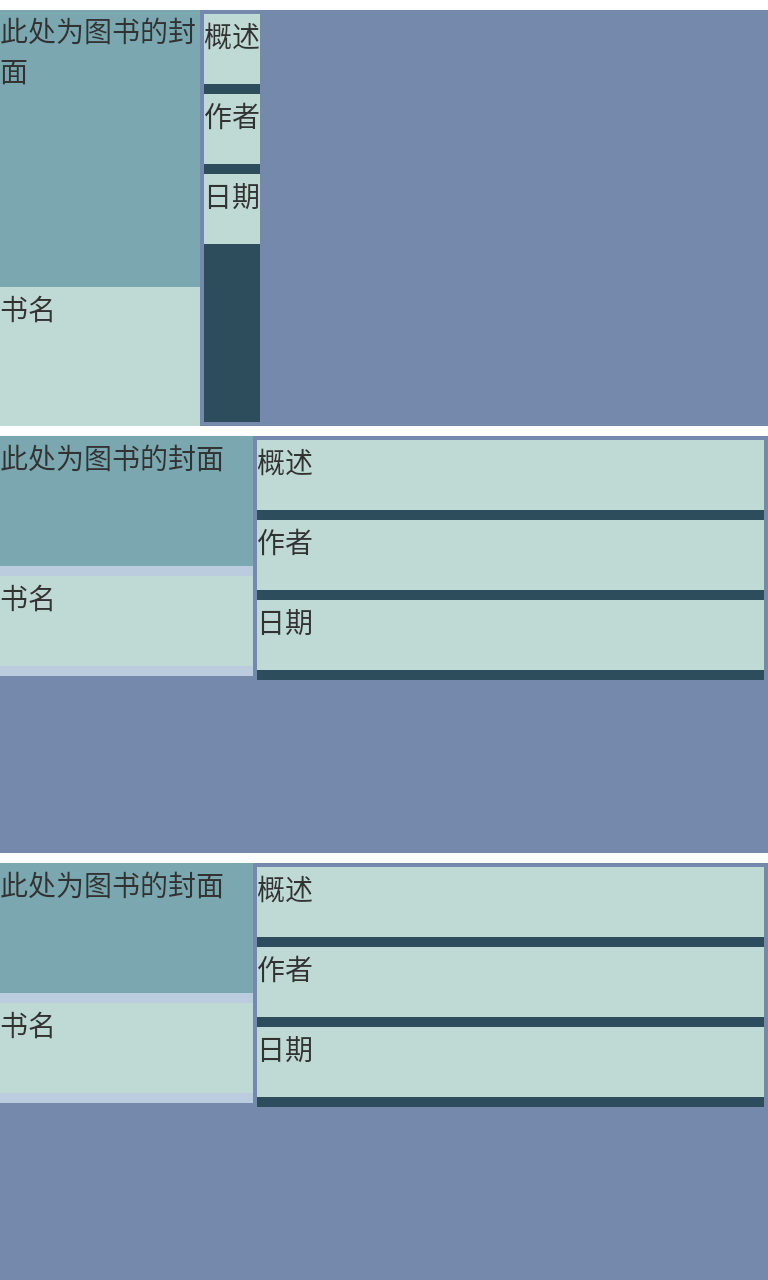
Repository: ling-cen/demo
Layout: Books_view/res/layout/activity_layout.xml
The author's editor kept a copy of each file at every save. The layout is drawn from the files as they stood at one save, then again after the next save.
It is drawn on a 768 x 1280 px phone screen (xhdpi) without system bars, with theme AppTheme; the app's code is not run.

Above is the layout before, as saved 2018-12-12 16:32:14.

### Books_view/res/layout/activity_layout.xml
<?xml version="1.0" encoding="utf-8"?>
<LinearLayout xmlns:android="http://schemas.android.com/apk/res/android"
    android:layout_width="match_parent"
    android:layout_height="match_parent"
    android:orientation="vertical" >

    <!-- 高度  height -->

    <LinearLayout
        android:layout_width="match_parent"
        android:layout_height="0dp"
        android:layout_marginTop="5dp"
        android:layout_weight="1"
        android:background="#7489ab"
        android:baselineAligned="false"
        android:orientation="horizontal" >

        <LinearLayout
            android:layout_width="wrap_content"
            android:layout_height="match_parent"
            android:background="#baccde"
            android:orientation="vertical" >

            <TextView
                android:layout_width="100dp"
                android:layout_height="0dp"
                android:layout_weight="2"
                android:background="#7ba8b0"
                android:text="@string/book_image" />

            <TextView
                android:layout_width="100dp"
                android:layout_height="0dp"
                android:layout_weight="1"
                android:background="#bfd9d4"
                android:text="@string/book_name" />
        </LinearLayout>

        <LinearLayout
            android:layout_width="wrap_content"
            android:layout_height="match_parent"
            android:layout_margin="2dp"
            android:background="#2e4d5c"
            android:orientation="vertical" >

            <TextView
                android:layout_width="match_parent"
                android:layout_height="35dp"
                android:layout_marginBottom="5dp"
                android:background="#bfd9d4"
                android:text="@string/book_desc" />

            <TextView
                android:layout_width="match_parent"
                android:layout_height="35dp"
                android:layout_marginBottom="5dp"
                android:background="#bfd9d4"
                android:text="@string/book_author" />

            <TextView
                android:layout_width="match_parent"
                android:layout_height="35dp"
                android:layout_marginBottom="5dp"
                android:background="#bfd9d4"
                android:text="@string/book_date" />
        </LinearLayout>
    </LinearLayout>

    <LinearLayout
        android:layout_width="match_parent"
        android:layout_height="0dp"
        android:layout_marginTop="5dp"
        android:layout_weight="1"
        android:background="#7489ab"
        android:baselineAligned="false"
        android:orientation="horizontal" >

        <LinearLayout
            android:layout_width="0dp"
            android:layout_height="120dp"
            android:layout_weight="1"
            android:background="#baccde"
            android:orientation="vertical" >

            <TextView
                android:layout_width="match_parent"
                android:layout_height="65dp"
                android:layout_marginBottom="5dp"
                android:background="#7ba8b0"
                android:text="@string/book_image" />

            <TextView
                android:layout_width="match_parent"
                android:layout_height="45dp"
                android:layout_marginBottom="3dp"
                android:background="#bfd9d4"
                android:text="@string/book_name" />
        </LinearLayout>

        <LinearLayout
            android:layout_width="0dp"
            android:layout_height="120dp"
            android:layout_margin="2dp"
            android:layout_weight="2"
            android:background="#2e4d5c"
            android:orientation="vertical" >

            <TextView
                android:layout_width="match_parent"
                android:layout_height="35dp"
                android:layout_marginBottom="5dp"
                android:background="#bfd9d4"
                android:text="@string/book_desc" />

            <TextView
                android:layout_width="match_parent"
                android:layout_height="35dp"
                android:layout_marginBottom="5dp"
                android:background="#bfd9d4"
                android:text="@string/book_author" />

            <TextView
                android:layout_width="match_parent"
                android:layout_height="35dp"
                android:layout_marginBottom="5dp"
                android:background="#bfd9d4"
                android:text="@string/book_date" />
        </LinearLayout>
    </LinearLayout>

    <LinearLayout
        android:layout_width="match_parent"
        android:layout_height="0dp"
        android:layout_marginTop="5dp"
        android:layout_weight="1"
        android:background="#7489ab"
        android:baselineAligned="false"
        android:orientation="horizontal" >

        <LinearLayout
            android:layout_width="0dp"
            android:layout_height="120dp"
            android:layout_weight="1"
            android:background="#baccde"
            android:orientation="vertical" >

            <TextView
                android:layout_width="match_parent"
                android:layout_height="65dp"
                android:layout_marginBottom="5dp"
                android:background="#7ba8b0"
                android:text="@string/book_image" />

            <TextView
                android:layout_width="match_parent"
                android:layout_height="45dp"
                android:layout_marginBottom="3dp"
                android:background="#bfd9d4"
                android:text="@string/book_name" />
        </LinearLayout>

        <LinearLayout
            android:layout_width="0dp"
            android:layout_height="120dp"
            android:layout_margin="2dp"
            android:layout_weight="2"
            android:background="#2e4d5c"
            android:orientation="vertical" >

            <TextView
                android:layout_width="match_parent"
                android:layout_height="35dp"
                android:layout_marginBottom="5dp"
                android:background="#bfd9d4"
                android:text="@string/book_desc" />

            <TextView
                android:layout_width="match_parent"
                android:layout_height="35dp"
                android:layout_marginBottom="5dp"
                android:background="#bfd9d4"
                android:text="@string/book_author" />

            <TextView
                android:layout_width="match_parent"
                android:layout_height="35dp"
                android:layout_marginBottom="5dp"
                android:background="#bfd9d4"
                android:text="@string/book_date" />
        </LinearLayout>
    </LinearLayout>

</LinearLayout>

### Books_view/res/values/strings.xml
<?xml version="1.0" encoding="utf-8"?>
<resources>

    <string name="app_name">Books_view</string>
    <string name="book_image">此处为图书的封面</string>
    <string name="book_name">书名</string>
    <string name="book_desc">概述</string>
    <string name="book_author">作者</string>
    <string name="book_date">日期</string>

</resources>

Loaded but not shown: Books_view/res/values/styles.xml (common file); Books_view/res/values-v11/styles.xml (common file); Books_view/res/values-v14/styles.xml (common file)

After the next save:
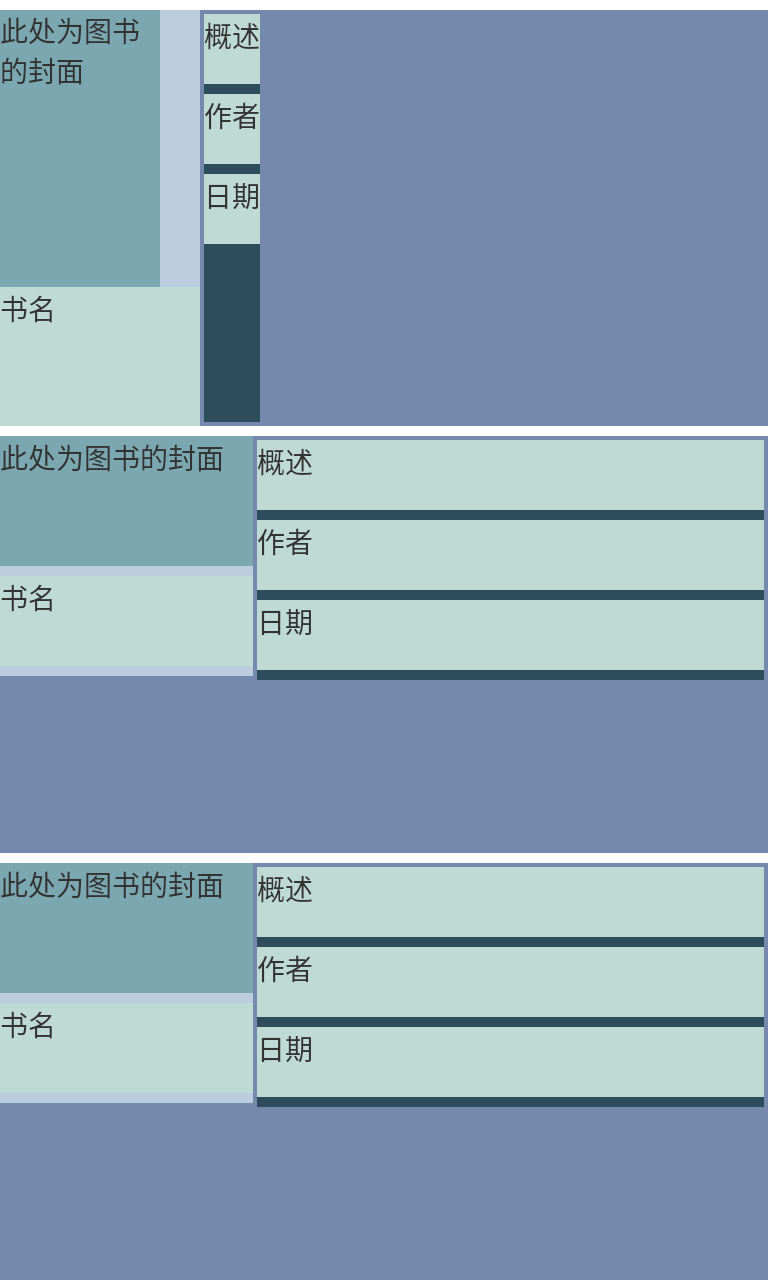
Saved 29 s later.
--- a/Books_view/res/layout/activity_layout.xml
+++ b/Books_view/res/layout/activity_layout.xml
@@ -22,7 +22,7 @@
             android:orientation="vertical" >
 
             <TextView
-                android:layout_width="100dp"
+                android:layout_width="80dp"
                 android:layout_height="0dp"
                 android:layout_weight="2"
                 android:background="#7ba8b0"
